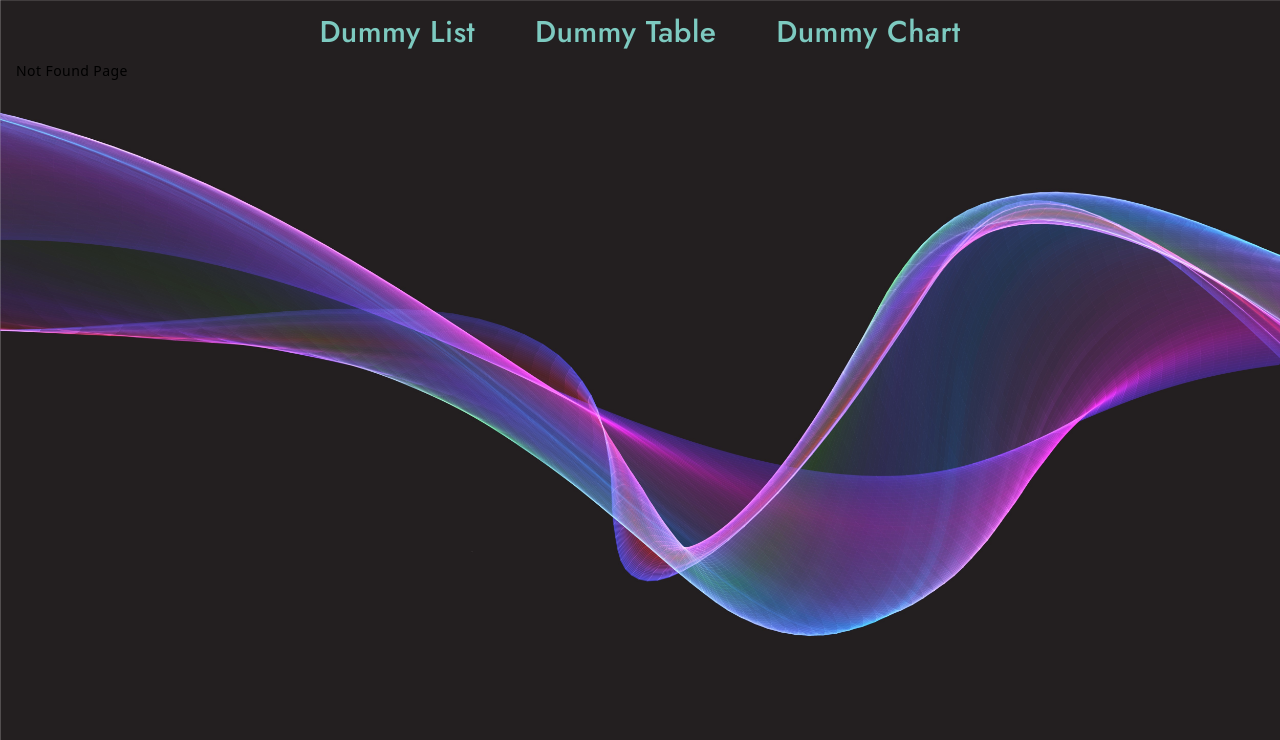
Repository: Vadim-27/backendless
Page: /
These files come from the project's save history. The page is drawn as it stood at one moment and after a run of saves; the edit follows.
The browser window is 1280 px wide. The pictures show the whole page.
Backgrounds fixed to the window are drawn as part of the page. The project was rebuilt for these pictures with package versions that can differ from the ones it lists, and the page was loaded fresh each time.

Above is the page before, as saved 2023-10-28 16:56:38.

### src/index.js
import React from 'react';
import ReactDOM from 'react-dom/client';
import { BrowserRouter } from 'react-router-dom';
import { App } from 'App';
import './index.scss';

ReactDOM.createRoot(document.getElementById('root')).render(
  <React.StrictMode>
    <BrowserRouter basename='/'>
    <App />
    </BrowserRouter>
  </React.StrictMode>
)

### src/App.jsx
import { Routes, Route } from "react-router-dom";
import { lazy } from "react";

import { Suspense } from "react";

const Navbar = lazy(() => import('modules/Navbar/Navbar'));
const DummyListPage = lazy(() => import('Pages/DummyListPage/DummyListPage'));
const DummyChartPage = lazy(() => import('Pages/DummyChartPage/DummyChartPage'));
const DummyTablePage = lazy(() => import('Pages/DummyTablePage/DummyTablePage'));
const NotFoundPage = lazy(() => import('Pages/NotFoundPage/NotFoundPage'));


export const App = () => {
  return (
    <div className="container">
      <Suspense>
        <Navbar />
        <Routes>
          <Route path="tabs/dummyList" element={<DummyListPage />} />
          <Route path="tabs/dummyChart" element={<DummyChartPage />} />
          <Route path="tabs/dummyTable" element={<DummyTablePage />} />
          <Route path="*" element={<NotFoundPage />} />
        </Routes>
      </Suspense>
    </div>
  );
};

### src/index.scss
@import './utils/base.scss';
@import './utils/normalize.scss';
@import './utils/variables.scss';
@import './utils/fonts.scss';

### src/modules/Navbar/Navbar.jsx
import { NavLink, Outlet } from "react-router-dom";
import tabs from "./tabs";

import css from './navbar.module.scss'

const Navbar = () => {
   const sortedTabs = [...tabs].sort((a, b) => a.order - b.order);

  const navbarList = sortedTabs.map(({ id, title, path }) => (
    <li key={id}>
      <NavLink className={css.link} to={path}>
        {title}
      </NavLink>
    </li>
  ));

  return (
    <div >
      <ul className={css.menu }>{navbarList}</ul>
      <Outlet />
    </div>
  );
}
export default Navbar;

### src/Pages/NotFoundPage/NotFoundPage.jsx

const NotFoundPage = () => {
  return (
    <>
      <p>Not Found Page</p>
    </>
  );
}
export default NotFoundPage;

### src/utils/base.scss
body {
  font-size: 14px;
  letter-spacing: 0.03em;
  margin: 0;
}

button {
  cursor: pointer;
}

a {
  text-decoration: none;
  outline: none;
}

h1,
h2,
h4,
h5 {
  margin-top: 0;
  margin-bottom: 0;
}

p {
  margin-bottom: 0;
  margin-top: 0;
}

ul {
  padding: 0;
  margin-top: 0;
  margin: 0;
  margin-bottom: 0;
  list-style: none;
}

img {
  display: block;
  max-width: 100%;
  height: auto;
}
.container {
  box-sizing: content-box;

  margin-left: auto;
  margin-right: auto;
  padding-right: 16px;
  padding-bottom: 20px;
  padding-left: 16px;
  background-image: url(../../assets/img/landing_page_template_with_flowing_lines_design_2805.jpg);
  background-size: cover, cover;
  background-repeat: no-repeat;
  background-attachment: fixed;
  height: 100vh;
}

### src/utils/normalize.scss
::after,
::before {
  box-sizing: border-box;
}
html {
  -moz-tab-size: 4;
  tab-size: 4;
}
html {
  line-height: 1.15;
  -webkit-text-size-adjust: 100%;
}
body {
  margin: 0;
}
body {
  font-family: system-ui, -apple-system, "Segoe UI", Roboto, Helvetica, Arial,
    sans-serif, "Apple Color Emoji", "Segoe UI Emoji";
}
hr {
  height: 0;
  color: inherit;
}
abbr[title] {
  text-decoration: underline dotted;
}
b,
strong {
  font-weight: bolder;
}
code,
kbd,
pre,
samp {
  font-family: ui-monospace, SFMono-Regular, Consolas, "Liberation Mono", Menlo,
    monospace;
  font-size: 1em;
}
small {
  font-size: 80%;
}
sub,
sup {
  font-size: 75%;
  line-height: 0;
  position: relative;
  vertical-align: baseline;
}
sub {
  bottom: -0.25em;
}
sup {
  top: -0.5em;
}
table {
  text-indent: 0;
  border-color: inherit;
}
button,
input,
optgroup,
select,
textarea {
  font-family: inherit;
  font-size: 100%;
  line-height: 1.15;
  margin: 0;
}
button,
select {
  text-transform: none;
}
[type="button"],
[type="reset"],
[type="submit"],
button {
  -webkit-appearance: button;
}
::-moz-focus-inner {
  border-style: none;
  padding: 0;
}
:-moz-focusring {
  outline: 1px dotted ButtonText;
}
:-moz-ui-invalid {
  box-shadow: none;
}
legend {
  padding: 0;
}
progress {
  vertical-align: baseline;
}
::-webkit-inner-spin-button,
::-webkit-outer-spin-button {
  height: auto;
}
[type="search"] {
  -webkit-appearance: textfield;
  outline-offset: -2px;
}
::-webkit-search-decoration {
  -webkit-appearance: none;
}
::-webkit-file-upload-button {
  -webkit-appearance: button;
  font: inherit;
}
summary {
  display: list-item;
}

### src/utils/variables.scss
:root {
  --primary-primary: #b5a3de;
  --primary-secondary: #7dcac0;
}

### src/utils/fonts.scss
@font-face {
  font-family: "Jost-Regular";
  font-style: normal;
  font-weight: 400;
  font-display: swap;
  src: url("../fonts/Jost-Regular.ttf");
}

@font-face {
  font-family: "Jost-Medium";
  font-style: normal;
  font-weight: 500;
  font-display: swap;
  src: url("../fonts/Jost-Medium.ttf");
}

### src/modules/Navbar/tabs.js
const tabs = [
  {
    id: 'dummyTable',
    title: 'Dummy Table',
    order: 1,
    path: 'tabs/dummyTable',
  },
  {
    id: 'dummyChart',
    title: 'Dummy Chart',
    order: 2,
    path: 'tabs/dummyChart',
  },
  { id: 'dummyList', title: 'Dummy List', order: 0, path: 'tabs/dummyList' },
];

export default tabs;

### src/modules/Navbar/navbar.module.scss
.menu {
    list-style: none;
    display: flex;
    gap: 60px;
    justify-content: center;
}

.link {
    padding-bottom: 5px;
    text-decoration: none;
    color: var(--primary-secondary);
    display: inline-block;
    padding: 10px 0px;
    font-family: Jost-Medium;
font-size: 30px;
font-style: normal;
font-weight: 500;
line-height: normal;
}

.link:global(.active) {
    font-weight: bold;

   position: relative;

}

.link:global(.active)::after {
    content: "";
    position: absolute;
    bottom: 10px;
    left: 0;
    width: 100%;
    border-bottom: 5px solid;
}

Loaded but not shown: public/index.html (common file)

After the next 3 saves:
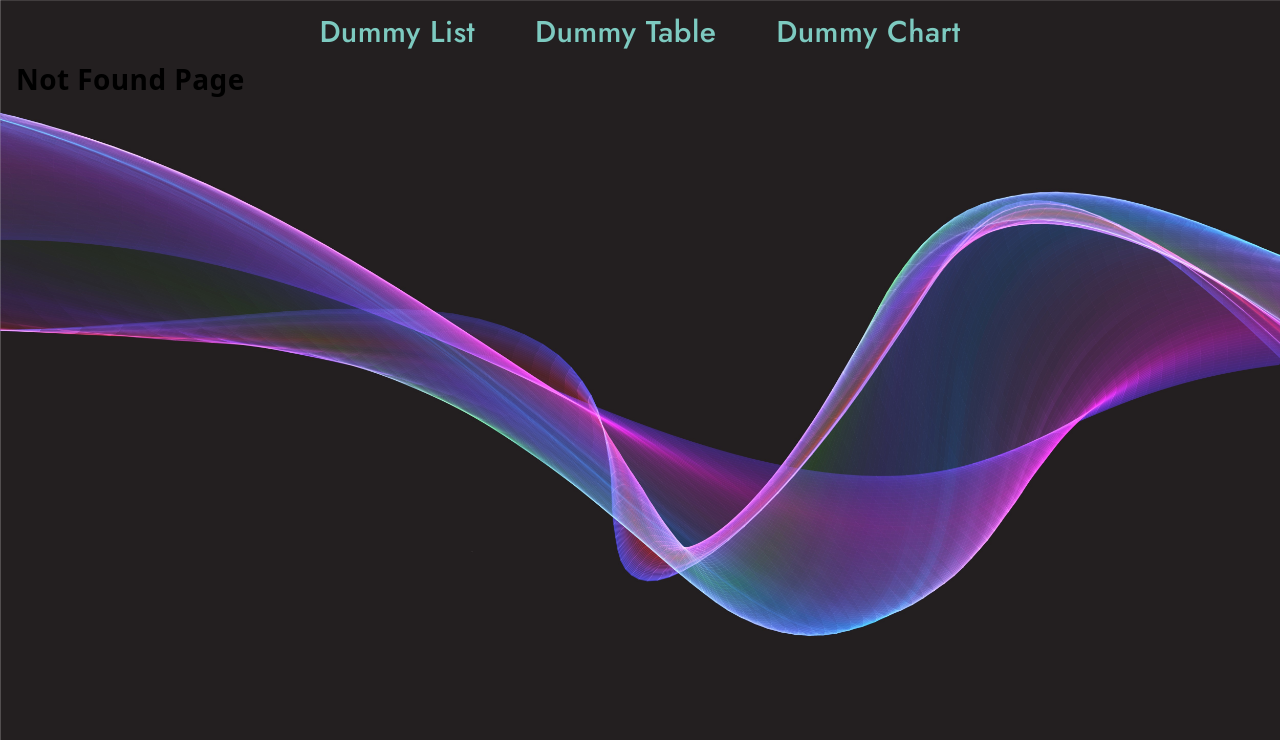
The 3 saves are shown as one change because 1 did not build or start and some came seconds apart.
The last was saved 18 s later.
--- a/src/Pages/NotFoundPage/NotFoundPage.jsx
+++ b/src/Pages/NotFoundPage/NotFoundPage.jsx
@@ -2,7 +2,7 @@
 const NotFoundPage = () => {
   return (
     <>
-      <p>Not Found Page</p>
+      <h1>Not Found Page</h1>
     </>
   );
 }
